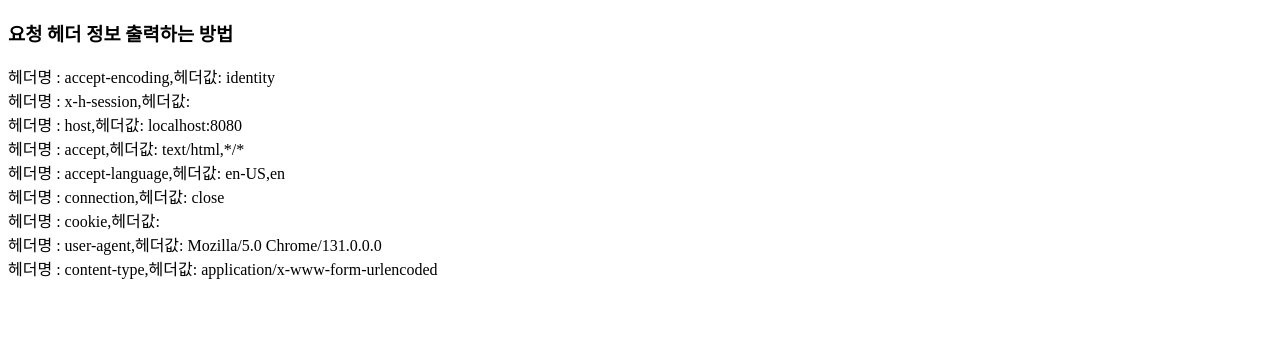
Repository: kimjaewoo2233/JSP_Summary
Page: http://localhost/lec_test/02ImplicitObject/RequestHeader.jsp
The author's editor kept a copy of each file at every save. The page is drawn from the files as they stood at one save, then again after the next save.
The browser window is 1280 px wide. The pictures show the whole page.
The page is served by Tomcat 9. Other server files are loaded and not shown.

Above is the page before, as saved 2022-03-03 07:46:36.

### lec_test/src/main/webapp/02ImplicitObject/RequestHeader.jsp
<%@ page language="java" contentType="text/html; charset=EUC-KR"
    pageEncoding="EUC-KR"%>
<%@ page import="java.util.Enumeration" %>

<!DOCTYPE html>
<html>
<head>
<meta charset="EUC-KR">
<title>Insert title here</title>
</head>
<body>
	<h3>요청 헤더 정보 출력하는 방법</h3>
	<%
		Enumeration headers = request.getHeaderNames();
		while(headers.hasMoreElements()){
			String headerName = (String)headers.nextElement();
			String headerValue = request.getHeader(headerName);
			out.print("헤더명 : "+headerName+",헤더값: "+headerValue+"<br/>");
		}

	%>
</body>
</html>

After the next save:
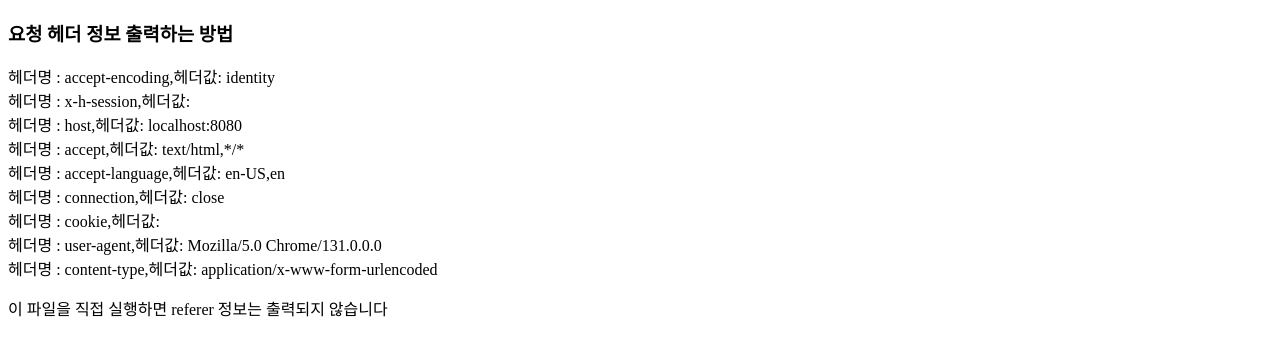
Saved 24 s later.
--- a/lec_test/src/main/webapp/02ImplicitObject/RequestHeader.jsp
+++ b/lec_test/src/main/webapp/02ImplicitObject/RequestHeader.jsp
@@ -17,7 +17,8 @@
 			String headerValue = request.getHeader(headerName);
 			out.print("헤더명 : "+headerName+",헤더값: "+headerValue+"<br/>");
 		}
+	%>
 
-	%>
+	<p>이 파일을 직접 실행하면 referer 정보는 출력되지 않습니다</p>
 </body>
 </html>
